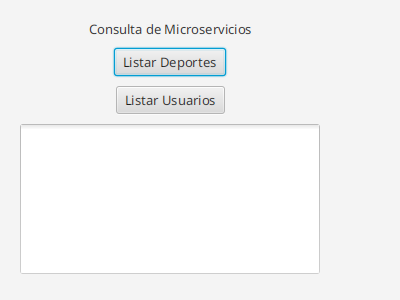
Repository: karlaVerona/proyecto-microservicios
Program's window: java ProyectosEclipse/src/main/java/com/adb/fx/App.java
An editor plug-in stored every save of this project. The program's window is shown before and after the next save, followed by the edit.
It runs on Java 21 on a 1366 x 768 screen with JavaFX 11; the title bar is not drawn.

Above is the program's window before, as saved 2025-11-11 01:50:02.

After the next save:
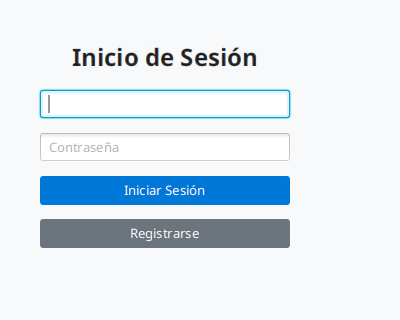
Saved 43 s later.
--- a/ProyectosEclipse/src/main/java/com/adb/fx/App.java
+++ b/ProyectosEclipse/src/main/java/com/adb/fx/App.java
@@ -2,7 +2,6 @@
 
 import javafx.application.Application;
 import javafx.fxml.FXMLLoader;
-import javafx.scene.Parent;
 import javafx.scene.Scene;
 import javafx.stage.Stage;
 
@@ -10,14 +9,14 @@
 
     @Override
     public void start(Stage stage) throws Exception {
-        Parent root = FXMLLoader.load(getClass().getResource("/vista.fxml"));
-        Scene scene = new Scene(root);
+        FXMLLoader loader = new FXMLLoader(getClass().getResource("/Login.fxml"));
+        Scene scene = new Scene(loader.load());
+        stage.setTitle("Inicio de Sesión");
         stage.setScene(scene);
-        stage.setTitle("Interfaz de Microservicios");
         stage.show();
     }
 
     public static void main(String[] args) {
-        launch(args);
+        launch();
     }
 }
